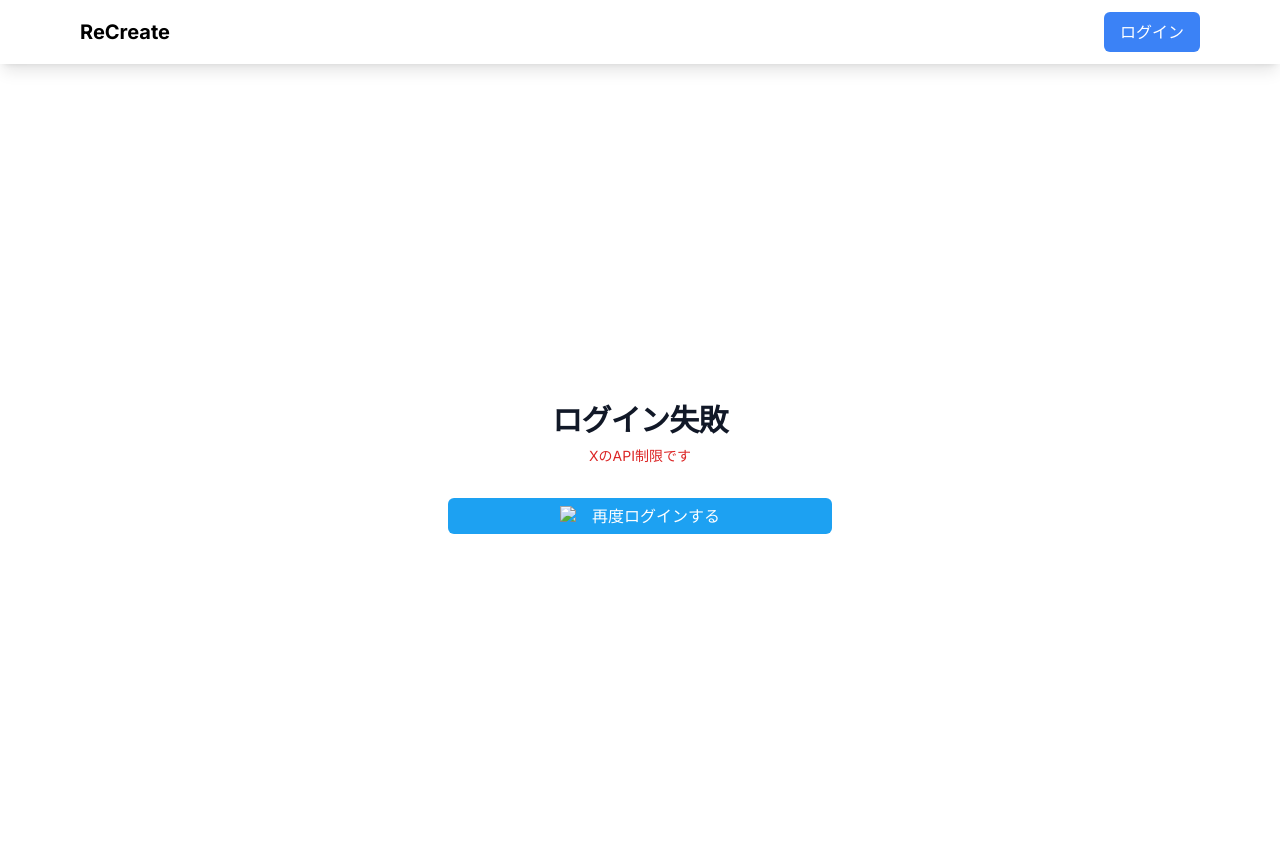
Repository: hayakawa1/recreate
Page: /auth/signin
An editor plug-in stored every save of this project. The page is shown before and after the next save, followed by the edit.
The browser window is 1280 px wide. The pictures show the whole page.
The page's requests for data from a server got no answer. The project was rebuilt for these pictures with package versions that can differ from the ones it lists, and the page was loaded fresh each time. The framework's server and built-in components were replaced by stand-ins that run in the browser. No one was signed in, and anything a server would have sent is missing. Also part of the build but not shown: next.config.js.

Above is the page before, as saved 2025-01-02 19:21:50.
Not found: twitter.svg

### src/app/layout.tsx
import React from 'react';
import './globals.css';
import type { Metadata } from 'next';
import { Inter } from 'next/font/google';
import { NextAuthProvider } from '@/providers/NextAuthProvider';
import NavBar from '@/components/NavBar';

const inter = Inter({ subsets: ['latin'] });

export const metadata: Metadata = {
  title: 'ReCreate',
  description: 'クリエイターとユーザーをつなぐプラットフォーム',
};

export default function RootLayout({
  children,
}: {
  children: React.ReactNode;
}) {
  return (
    <html lang="ja">
      <body className={inter.className}>
        <NextAuthProvider>
          <NavBar />
          <main className="max-w-6xl mx-auto px-4 py-8">{children}</main>
        </NextAuthProvider>
      </body>
    </html>
  );
}

### src/app/auth/signin/page.tsx
'use client';

import { signIn } from 'next-auth/react';
import Image from 'next/image';
import { useSearchParams } from 'next/navigation';

export default function SignInPage() {
  const searchParams = useSearchParams();
  const error = searchParams.get('error');

  return (
    <div className="flex min-h-screen items-center justify-center">
      <div className="w-full max-w-md space-y-8 p-8">
        <div className="text-center">
          <h1 className="mt-6 text-3xl font-bold tracking-tight text-gray-900">
            ログイン失敗
          </h1>
          <p className="mt-2 text-sm text-red-600">
            XのAPI制限です
          </p>
          <div className="mt-8">
            <button
              onClick={() => signIn('twitter', { callbackUrl: '/' })}
              className="flex w-full items-center justify-center gap-3 rounded-md bg-[#1DA1F2] px-3 py-1.5 text-white focus-visible:outline focus-visible:outline-2 focus-visible:outline-offset-2 focus-visible:outline-[#1DA1F2]"
            >
              <Image
                src="/twitter.svg"
                alt="Twitter logo"
                width={24}
                height={24}
                className="h-5 w-5"
              />
              <span>再度ログインする</span>
            </button>
          </div>
        </div>
      </div>
    </div>
  );
}

### src/providers/NextAuthProvider.tsx
'use client';

import React from 'react';
import { SessionProvider } from 'next-auth/react';

export function NextAuthProvider({
  children,
}: {
  children: React.ReactNode;
}) {
  return (
    <SessionProvider refetchInterval={0} refetchOnWindowFocus={false}>
      {children}
    </SessionProvider>
  );
}

### src/components/NavBar.tsx
'use client';

import React, { useState } from 'react';
import { signIn, signOut, useSession } from 'next-auth/react';
import Link from 'next/link';
import Image from 'next/image';

export default function NavBar() {
  const { data: session } = useSession();
  const [isMenuOpen, setIsMenuOpen] = useState(false);

  const handleLogin = () => {
    signIn('twitter', { callbackUrl: '/' });
  };

  return (
    <nav className="bg-white shadow-lg">
      <div className="max-w-6xl mx-auto px-4">
        <div className="flex justify-between items-center h-16">
          {/* サイトロゴ */}
          <Link href="/" className="text-xl font-bold">
            ReCreate
          </Link>

          {/* ユーザーメニュー */}
          <div className="relative">
            {session ? (
              <>
                <button
                  onClick={() => setIsMenuOpen(!isMenuOpen)}
                  className="flex items-center space-x-2"
                >
                  {session.user.image && (
                    <Image
                      src={session.user.image}
                      alt="Profile"
                      width={32}
                      height={32}
                      className="rounded-full"
                    />
                  )}
                  <span>{session.user.name}</span>
                </button>

                {/* ドロップダウンメニュー */}
                {isMenuOpen && (
                  <div className="absolute right-0 mt-2 w-48 bg-white rounded-md shadow-lg py-1">
                    <Link
                      href={`/u/${session.user.id}`}
                      className="block px-4 py-2 text-sm text-gray-700 hover:bg-gray-100"
                      onClick={() => setIsMenuOpen(false)}
                    >
                      クリエイターページ
                    </Link>
                    <Link
                      href="/requests/received"
                      className="block px-4 py-2 text-sm text-gray-700 hover:bg-gray-100"
                      onClick={() => setIsMenuOpen(false)}
                    >
                      リクエスト管理
                    </Link>
                    <Link
                      href="/profile"
                      className="block px-4 py-2 text-sm text-gray-700 hover:bg-gray-100"
                      onClick={() => setIsMenuOpen(false)}
                    >
                      プロフィール管理
                    </Link>
                    <button
                      onClick={() => {
                        setIsMenuOpen(false);
                        signOut();
                      }}
                      className="block w-full text-left px-4 py-2 text-sm text-gray-700 hover:bg-gray-100"
                    >
                      ログアウト
                    </button>
                  </div>
                )}
              </>
            ) : (
              <button
                onClick={handleLogin}
                className="bg-blue-500 text-white px-4 py-2 rounded-md hover:bg-blue-600"
              >
                ログイン
              </button>
            )}
          </div>
        </div>
      </div>
    </nav>
  );
}

Loaded but not shown: src/app/globals.css (common file); tailwind.config.js (common file)

After the next save:
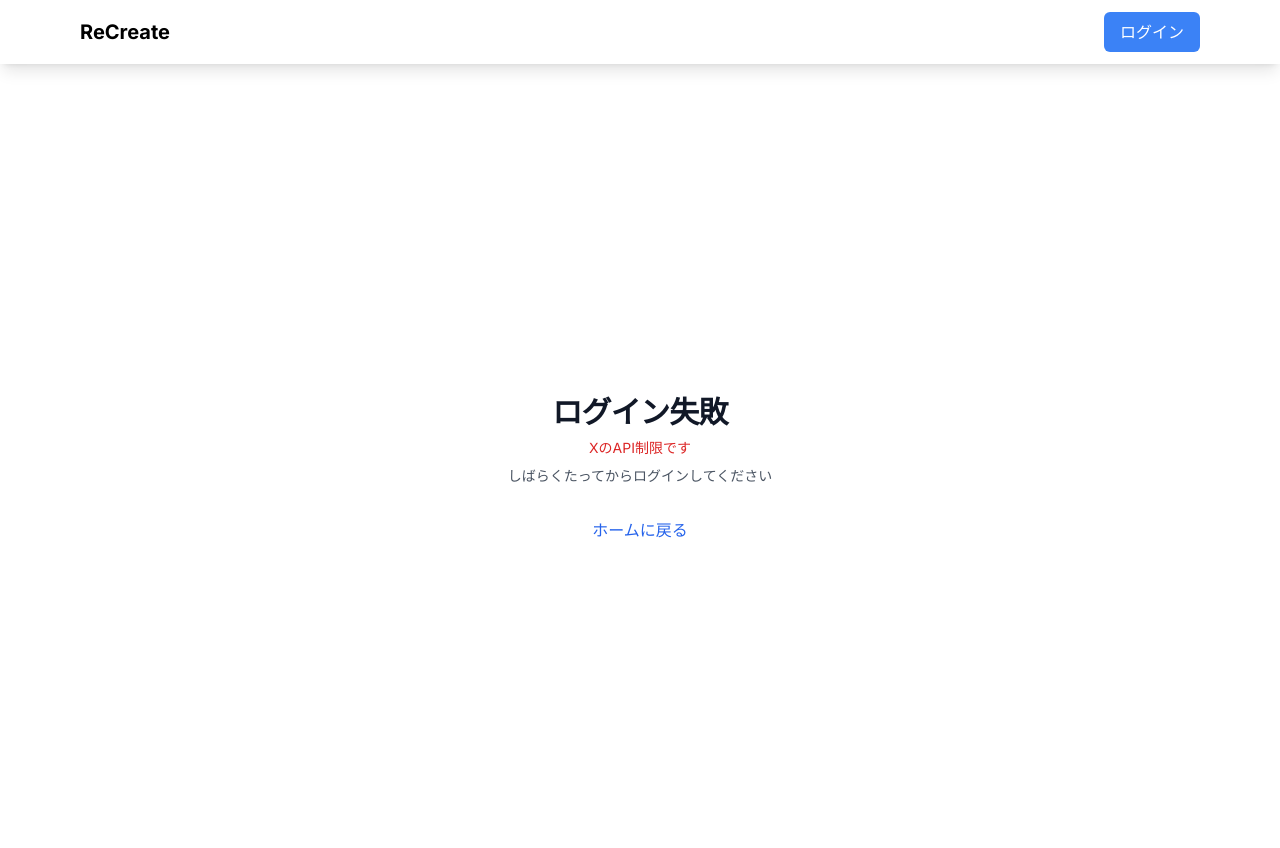
Saved 46 s later.
--- a/src/app/auth/signin/page.tsx
+++ b/src/app/auth/signin/page.tsx
@@ -1,8 +1,7 @@
 'use client';
 
-import { signIn } from 'next-auth/react';
-import Image from 'next/image';
 import { useSearchParams } from 'next/navigation';
+import Link from 'next/link';
 
 export default function SignInPage() {
   const searchParams = useSearchParams();
@@ -18,20 +17,16 @@
           <p className="mt-2 text-sm text-red-600">
             XのAPI制限です
           </p>
+          <p className="mt-2 text-sm text-gray-600">
+            しばらくたってからログインしてください
+          </p>
           <div className="mt-8">
-            <button
-              onClick={() => signIn('twitter', { callbackUrl: '/' })}
-              className="flex w-full items-center justify-center gap-3 rounded-md bg-[#1DA1F2] px-3 py-1.5 text-white focus-visible:outline focus-visible:outline-2 focus-visible:outline-offset-2 focus-visible:outline-[#1DA1F2]"
+            <Link
+              href="/"
+              className="text-blue-600 hover:text-blue-800 hover:underline"
             >
-              <Image
-                src="/twitter.svg"
-                alt="Twitter logo"
-                width={24}
-                height={24}
-                className="h-5 w-5"
-              />
-              <span>再度ログインする</span>
-            </button>
+              ホームに戻る
+            </Link>
           </div>
         </div>
       </div>
